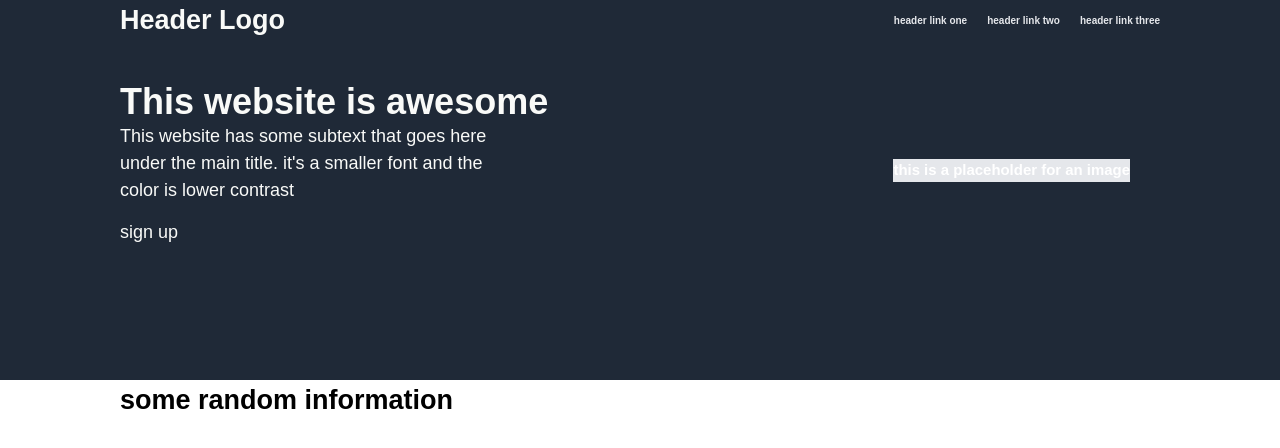
Repository: Grace561/css-exercises
Page: index.html
The author's editor kept a copy of each file at every save. The page is drawn from the files as they stood at one save, then again after a run of saves.
The browser window is 1280 px wide. The pictures show the whole page.

Above is the page before, as saved 2025-04-18 02:22:24.

After the next 2 saves:
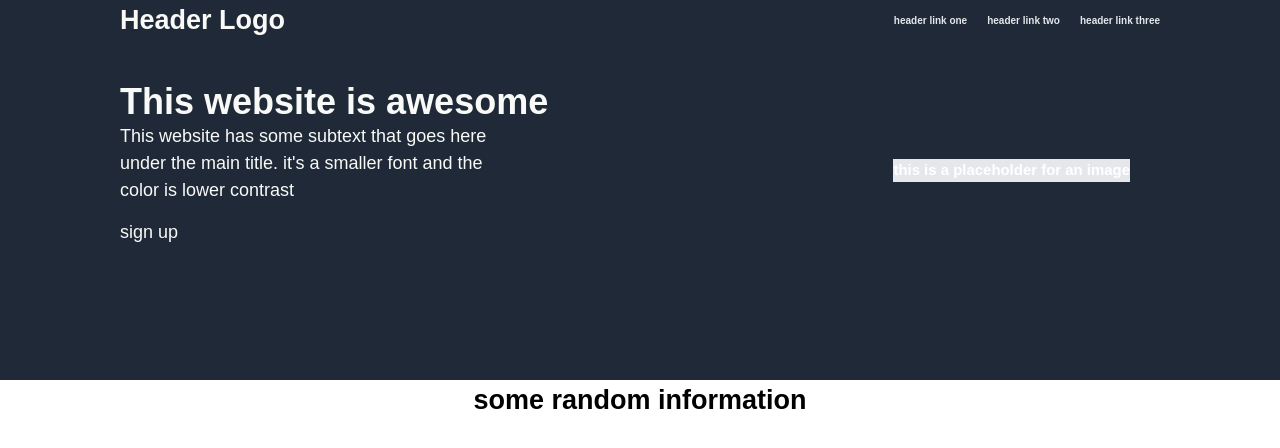
The 2 saves are shown as one change because they came seconds apart.
The last was saved 7 s later.
--- a/style.css
+++ b/style.css
@@ -87,5 +87,5 @@ ul li {
 }
 .boxes .container{
     display: flex;
-    ju
+    justify-content: center;
 }
